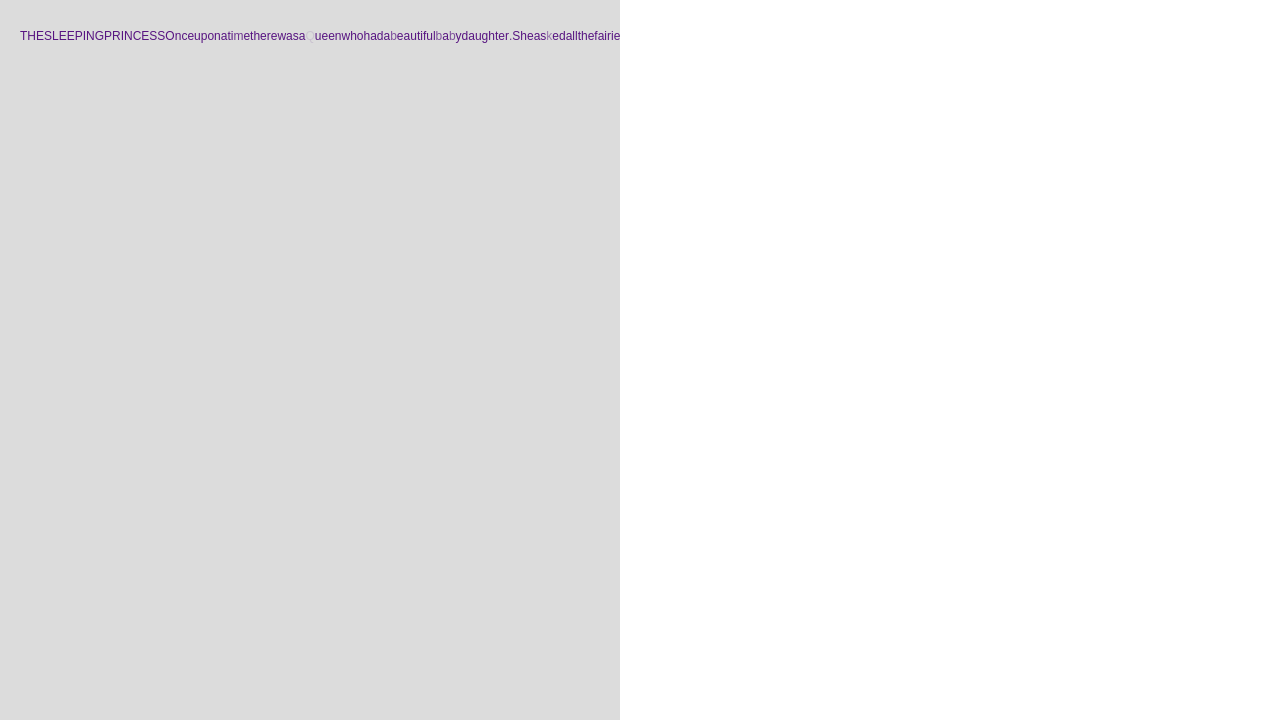
Repository: patriciqa/GenComp
Page: content/day07/typo/index.html
The author's editor kept a copy of each file at every save. The page is drawn from the files as they stood at one save, then again after the next save.
The browser window is 1280 px wide. The pictures show the whole page.

Above is the page before, as saved 2021-10-13 14:20:22.

### content/day07/typo/sketch.js
let alphabet = "ABCDEFGHIJKLMNOPQRSTUVWXYZÄÖÜ,.!?"
let counters = [];
let joinedText;
let posX;
let posY;
let drawAlpha = true;

function preload() {
  joinedText = loadStrings("./text.txt");
}
function setup() {
  createCanvas(620, windowHeight);
  //
  joinedText = joinedText.join(" ");
  for (let i = 0; i < alphabet.length; i++) {
    counters[i] = 0;
  }
  countCharacters();
}

function draw() {
  background(220);
  posX = 20;
  posY = 40;

  for (let i = 0; i < joinedText.length; i++) {
    let upperCaseChar = joinedText.charAt(i).toUpperCase();
    let index = alphabet.indexOf(upperCaseChar);
    if (index < 0) continue;

    if (drawAlpha) {
      fill(87, 20, 129, counters[index] * 3);
    } else {
      fill(87, 20, 129);

    }

    let sortY = index * 20 + 40;
    let m = map(mouseX, 50, width - 50, 0, 1);
    m = constrain(m, 0, 1);
    let interY = lerp(posY, sortY, m);

    text(joinedText.charAt(i), posX, interY);

    posX += textWidth(joinedText.charAt(i));
    if (posX >= width - 200 && upperCaseChar == " ") {
      posY += 30;
      posX = 20;
    }
  }
}

function countCharacters() {
  for (let i = 0; i < joinedText.length; i++) {
    let c = joinedText.charAt(i);
    let upperCaseChar = c.toUpperCase();
    let index = alphabet.indexOf(upperCaseChar);
    if (index >= 0) counters[index]++;
  }
}

Loaded but not shown: content/day07/typo/index.html (common file); content/day07/typo/style.css (common file); content/day07/typo/libraries/p5.min.js (library); content/day07/typo/libraries/p5.sound.min.js (library)

After the next save:
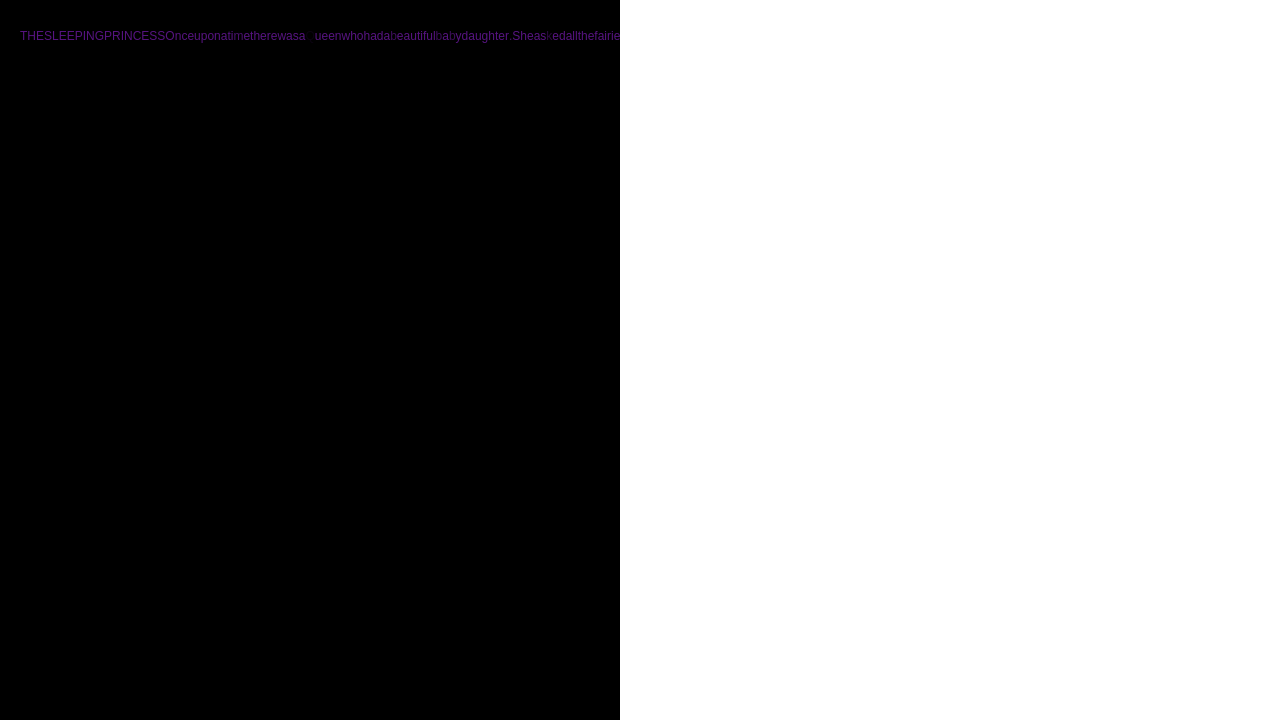
Saved 14 s later.
--- a/content/day07/typo/sketch.js
+++ b/content/day07/typo/sketch.js
@@ -19,7 +19,7 @@ function setup() {
 }
 
 function draw() {
-  background(220);
+  background("black");
   posX = 20;
   posY = 40;
 
